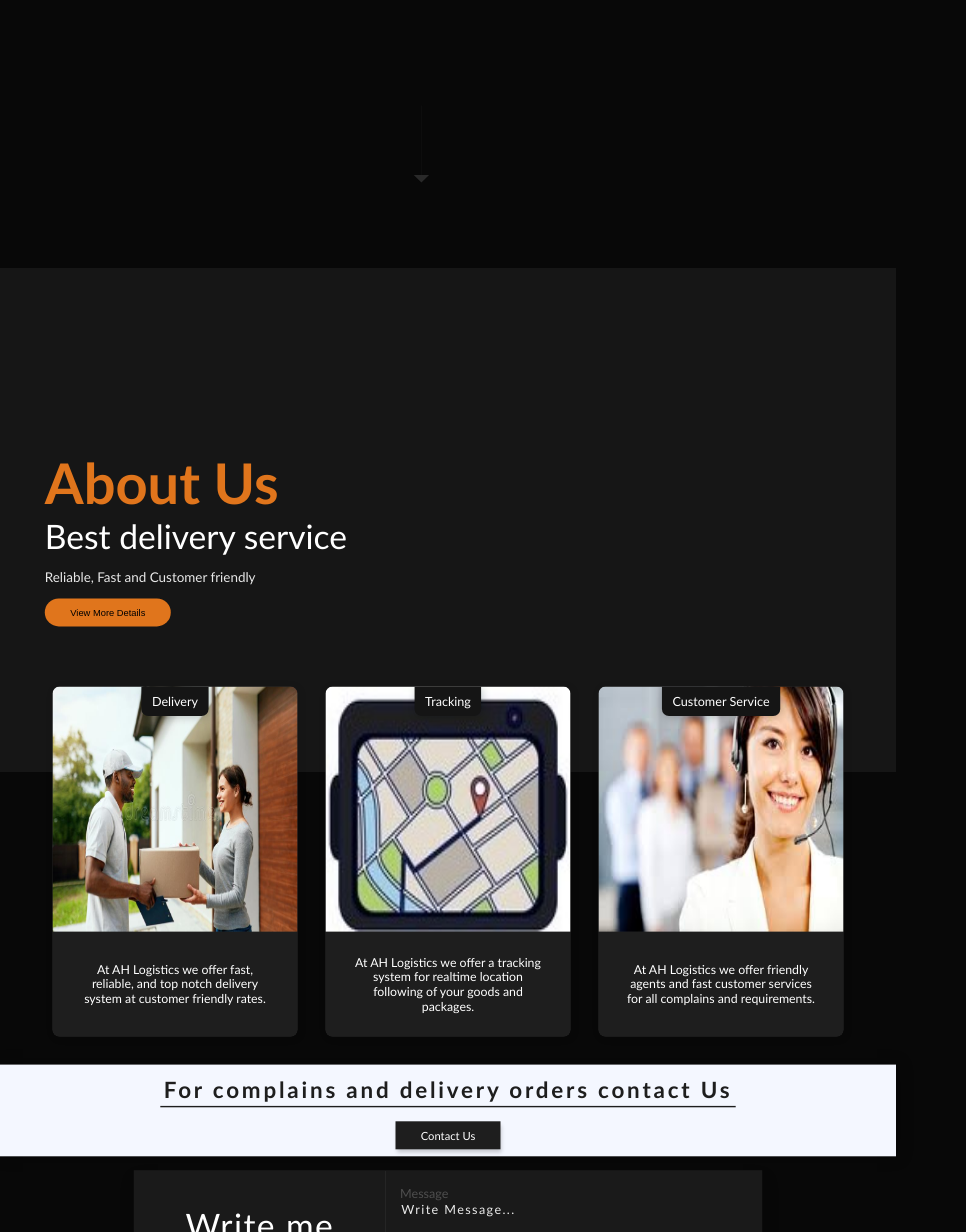
Repository: TheSecretlifeOfX/Ah-Logistics
Page: index.html
The author's editor kept a copy of each file at every save. The page is drawn from the files as they stood at one save, then again after the next save.
The browser window is 1280 px wide. The page is 1380 px wide, so the pictures cover 1380 px, including what lies to the right of the window. The pictures show the part of the page from y = 397 to 2157 px (the page is 2519 px tall before and 2690 px after), at 70% of full size.

Above is the page before, as saved 2022-03-02 13:09:36.

After the next save:
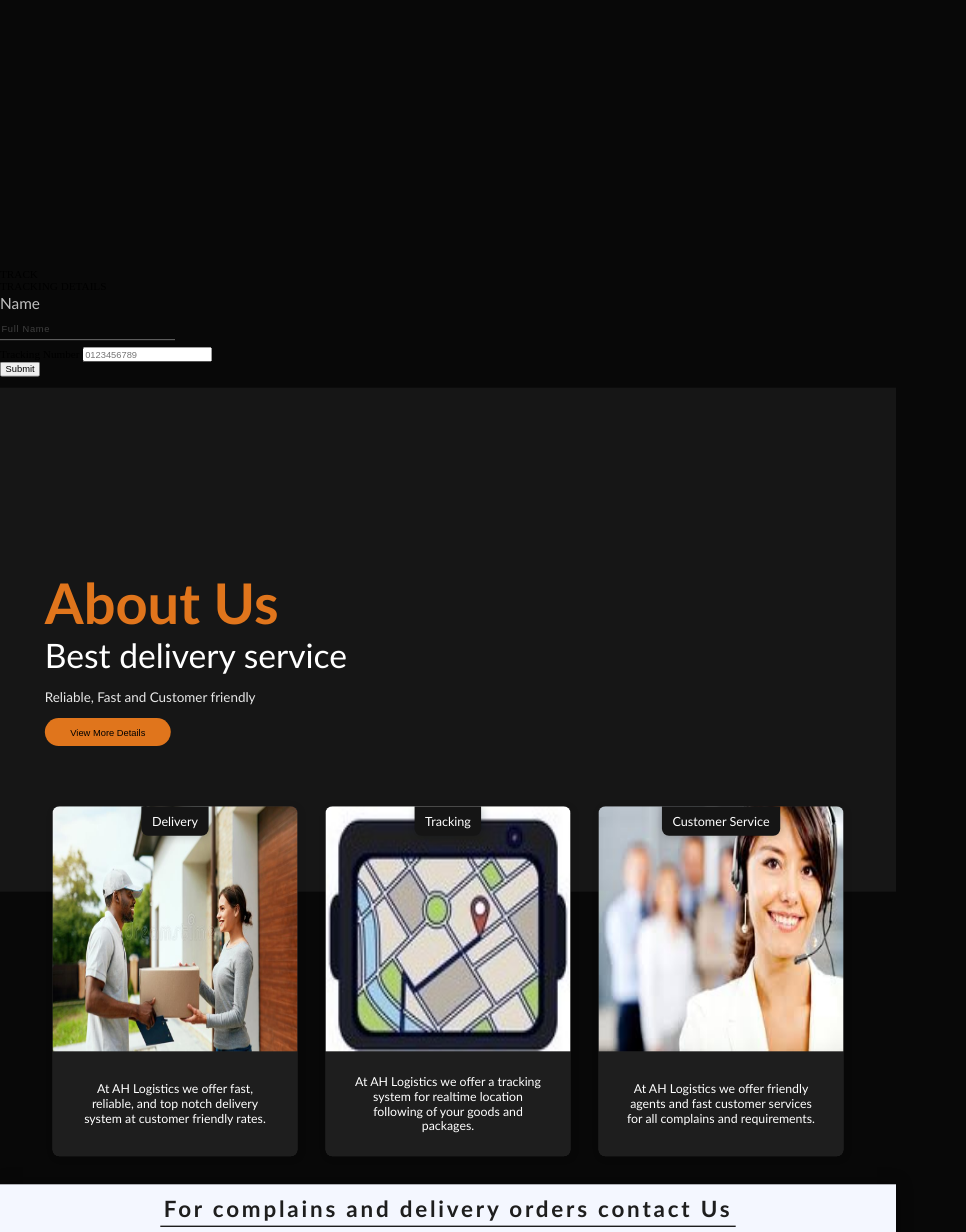
Saved 111 s later.
--- a/index.html
+++ b/index.html
@@ -21,8 +21,29 @@
 	<a href="#" class="lang">En</a>
 	</nav>
     </section>
+<!--</div>
+<div class="black-line" ></div>-->
+</section>
+<section id="Tracking-Form">
+	<form>
+    <!--track left....-->
+    <div class="track-left"
+    <h1 class="T-1-heading">TRACK</h1>
+    <div class="T-name">TRACKING DETAILS
+    </div>
 </div>
-<div class="black-line" ></div>
+<div class="f-name">
+    <font >Name</font>
+    <input type="text" placeholder="Full Name"/>
+    </div>
+<div class="T-number">
+<font >Tracking Number</font>
+<input type="Tracking Number" placeholder="0123456789"/>
+</div>
+<button>Submit</button>
+    </form>
+	</div>
+	</div>
 <section id="about">
 	<div class="about-text">
 	<h1>About Us</h1>
@@ -95,25 +116,5 @@
 </form>
 </section>
 </section>
-<section id="Tracking-Form">
-	<form>
-    <!--track left....-->
-    <div class="track-left"
-    <h1 class="T-1-heading">TRACK</h1>
-    <div class="T-name">TRACKING DETAILS
-    </div>
-</div>
-<div class="f-name">
-    <font >Name</font>
-    <input type="text" placeholder="Full Name"/>
-    </div>
-<div class="T-number">
-<font >Tracking Number</font>
-<input type="Tracking Number" placeholder="0123456789"/>
-</div>
-<button>Submit</button>
-    </form>
-	</div>
-	</div>
 </body>
 </html>
